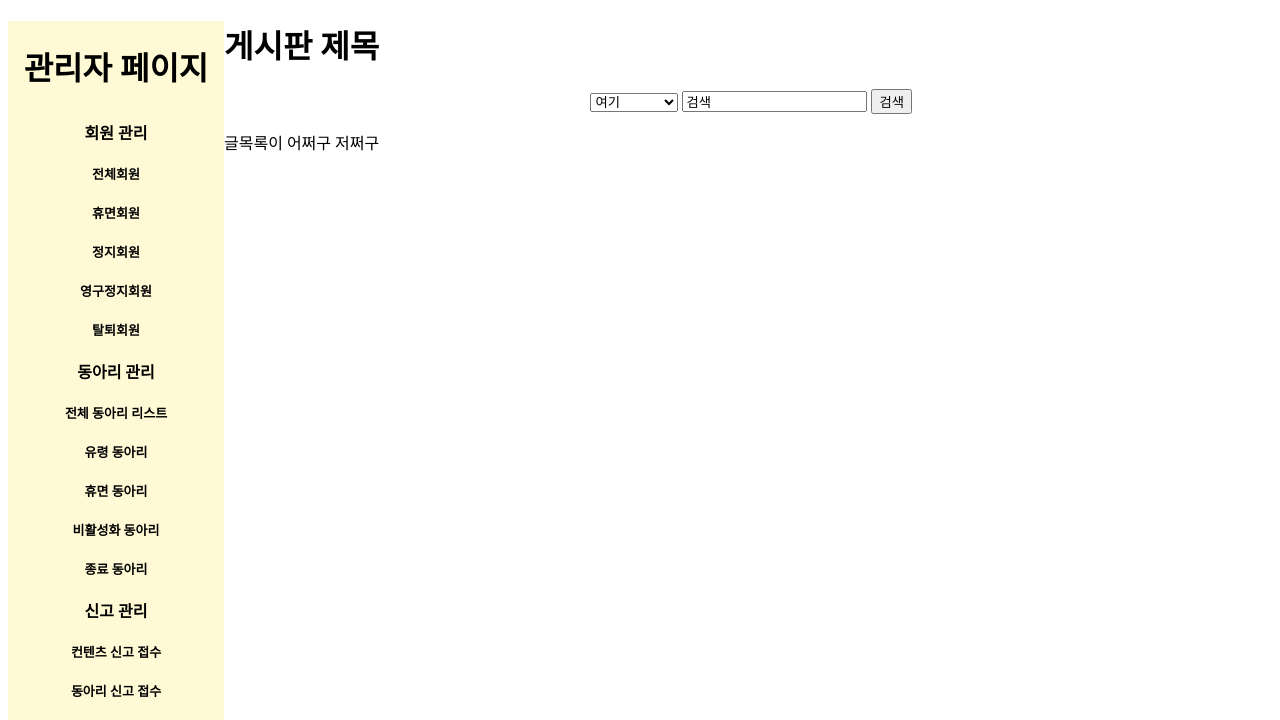
Repository: hyodii/FinalProject
Page: http://localhost/ViewPage/adminPageSideTab.jsp
An editor plug-in stored every save of this project. The page is shown before and after the next save, followed by the edit.
The browser window is 1280 px wide. The pictures show the whole page.
The page is served by Tomcat 9.

Above is the page before, as saved 2021-12-06 12:45:51.

After the next save:
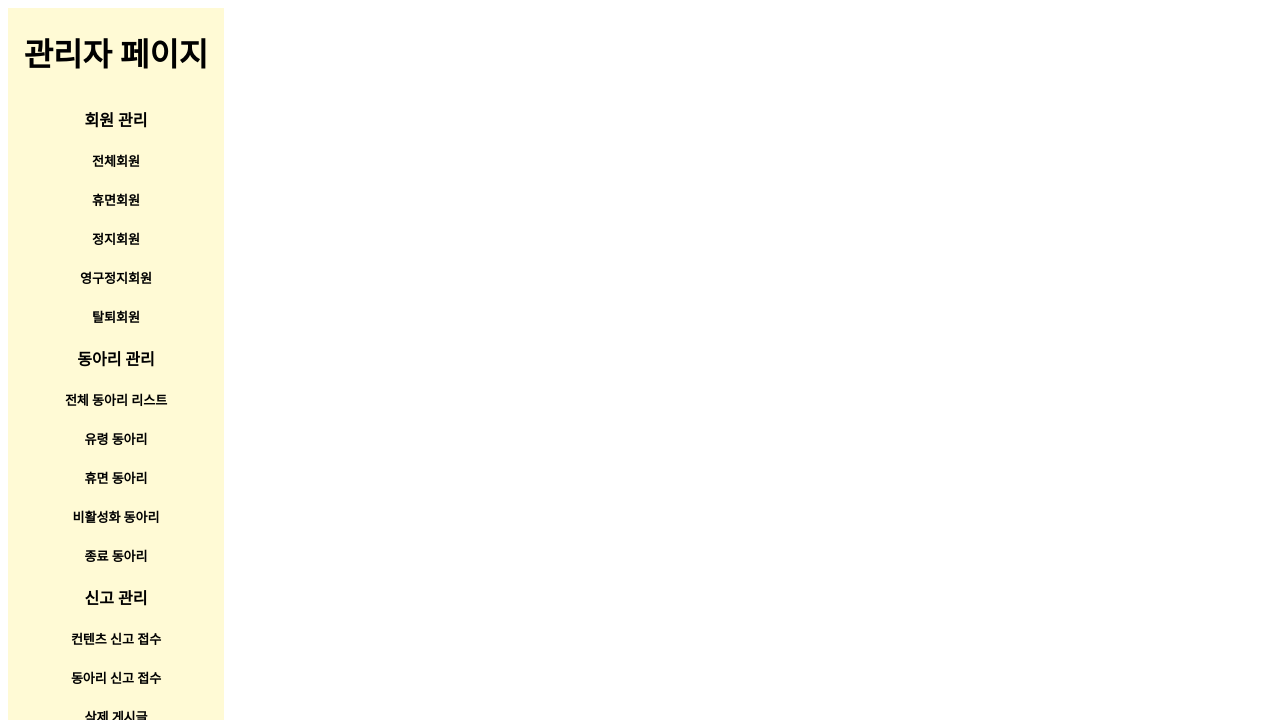
Saved 11 s later.
--- a/ViewPage/WebContent/adminPageSideTab.jsp
+++ b/ViewPage/WebContent/adminPageSideTab.jsp
@@ -134,29 +134,6 @@ ul.sidebar, ul.subSidebar
 </div>
 
 
-<div class="adminsearch">
-	<div>
-		<h1>게시판 제목</h1>
-	</div>
 
-
-	<div class="search">
-	         <form action ="" name="searchForm" method="post">
-	            <select name="searchKey" class="selectField">
-	               <option value="subject">여기</option>
-	               <option value="name">내용은</option>
-	               <option value="content">나중에 변경</option>
-
-	            </select>
-	            <input type="text" name="searchValue" class="textField" value="검색" placeholder="검색어를 입력해주세요.">
-	            <input type="button" value="검색" >
-	          </form>
-	      </div>
-
-
-	<div>
-		<p>글목록이 어쩌구 저쩌구</p>
-	</div>
-</div>
 </body>
 </html>
